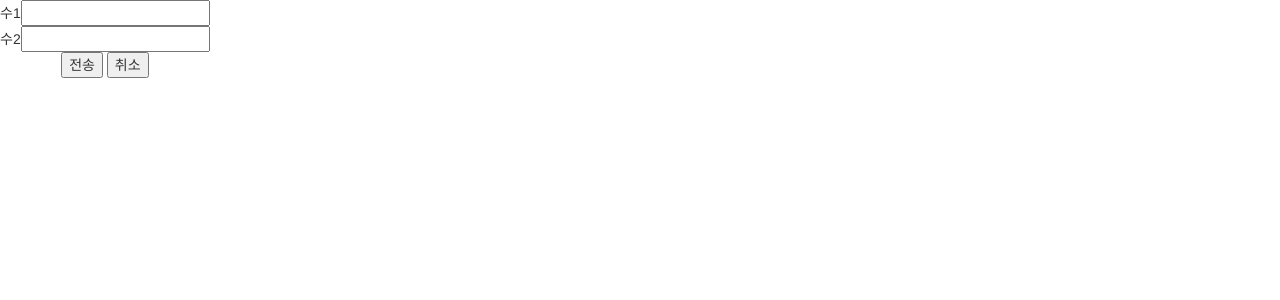
Repository: yhb131618/JAVA_WEB_PROJECT
Page: MVC01/WebContent/su.html
These files come from the project's save history. The page is drawn as it stood at one moment and after the next save; the edit follows.
The browser window is 1280 px wide. The pictures show the whole page.

Above is the page before, as saved 2023-12-16 17:33:06.

### MVC01/WebContent/su.html
<!DOCTYPE html>
<html>
<head>
<meta charset="UTF-8">
<title>Insert title here</title>
  <meta name="viewport" content="width=device-width, initial-scale=1">
  <link rel="stylesheet" href="https://maxcdn.bootstrapcdn.com/bootstrap/3.4.1/css/bootstrap.min.css">
  <script src="https://ajax.googleapis.com/ajax/libs/jquery/3.7.1/jquery.min.js"></script>
  <script src="https://maxcdn.bootstrapcdn.com/bootstrap/3.4.1/js/bootstrap.min.js"></script>
</head>
<body>
<table>
	<tr>
		<td>수1</td>
		<td><input type="text" name="su1"/></td>
	</tr>
	<tr>
		<td>수2</td>
		<td><input type="text" name="su2"/></td>
	</tr>
	<tr>
		<td colspan="2" align="center">
			<input type="button" value="전송"/>
			<input type="button" value="취소"/>
		</td>
	</tr>

</table>
</body>
</html>

After the next save:
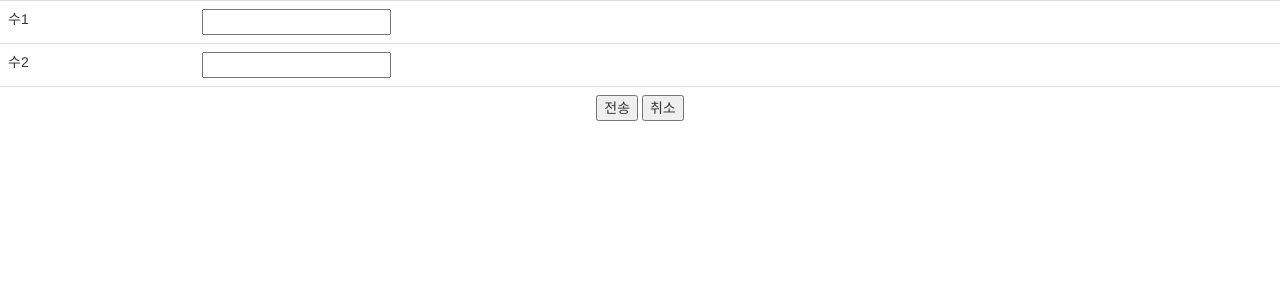
Saved 30 s later.
--- a/MVC01/WebContent/su.html
+++ b/MVC01/WebContent/su.html
@@ -9,7 +9,7 @@
   <script src="https://maxcdn.bootstrapcdn.com/bootstrap/3.4.1/js/bootstrap.min.js"></script>
 </head>
 <body>
-<table>
+<table class="table">
 	<tr>
 		<td>수1</td>
 		<td><input type="text" name="su1"/></td>
